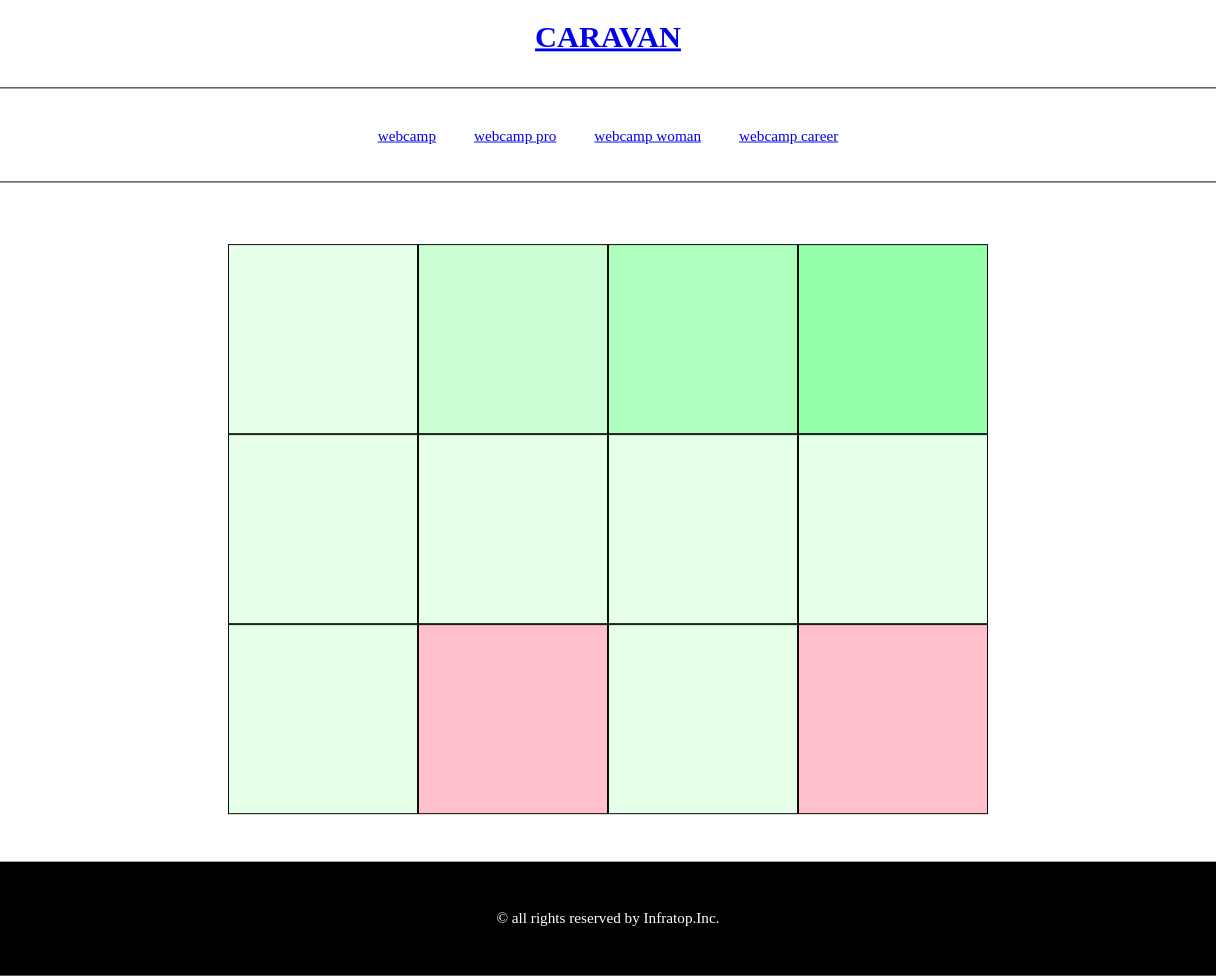
Repository: yukito7878/HTML-CSS-practice
Page: caravan/index5.html
The author's editor kept a record of every edit. The page is drawn from the files as they stood at one moment, then again after the next edit.
The browser window is 1280 px wide. The pictures show the whole page, at 95% of full size.

Above is the page before.

After the next edit:
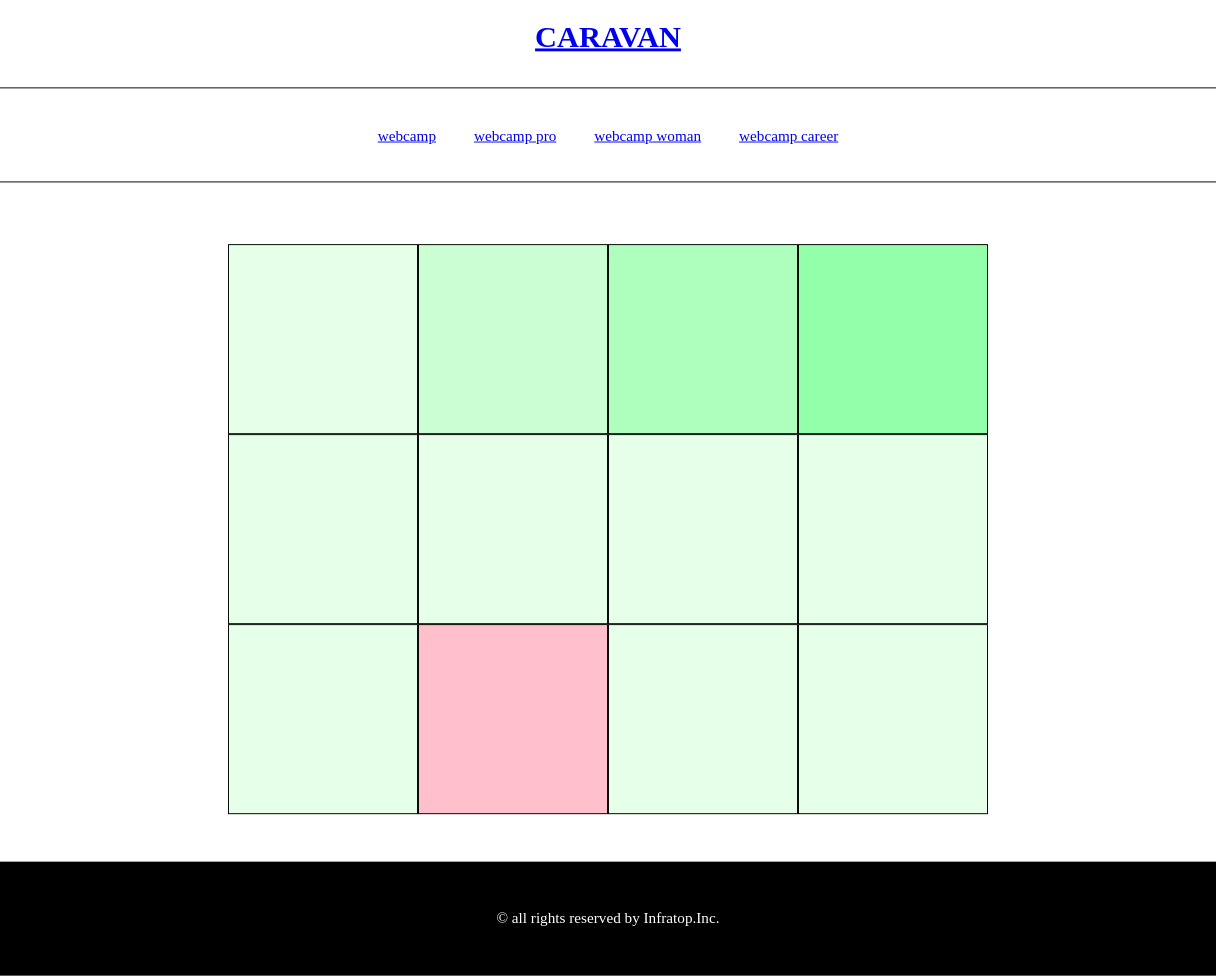
The edit:
--- a/caravan/style5.css
+++ b/caravan/style5.css
@@ -88,7 +88,7 @@
 .row2column2{
   background-color: #e6ffe9;
 }
-.row0column0{
+.row2column3{
   background-color: #e6ffe9;
 }
 .row0column0{
